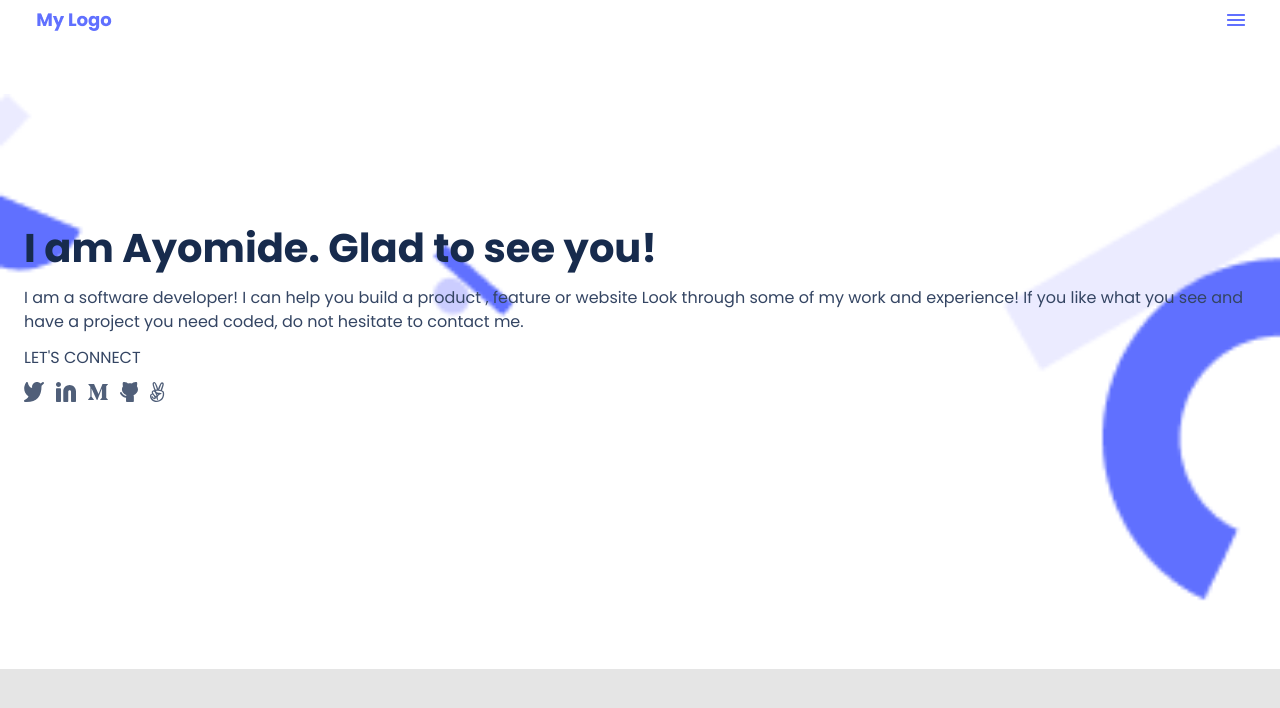
Repository: Paulinelali/potfoilo.github.io
Page: public/index.html
An editor plug-in stored every save of this project. The page is shown before and after a run of saves, followed by the edit.
The browser window is 1280 px wide. The pictures show the whole page.

Above is the page before, as saved 2023-03-31 00:32:15.

After the next 4 saves:
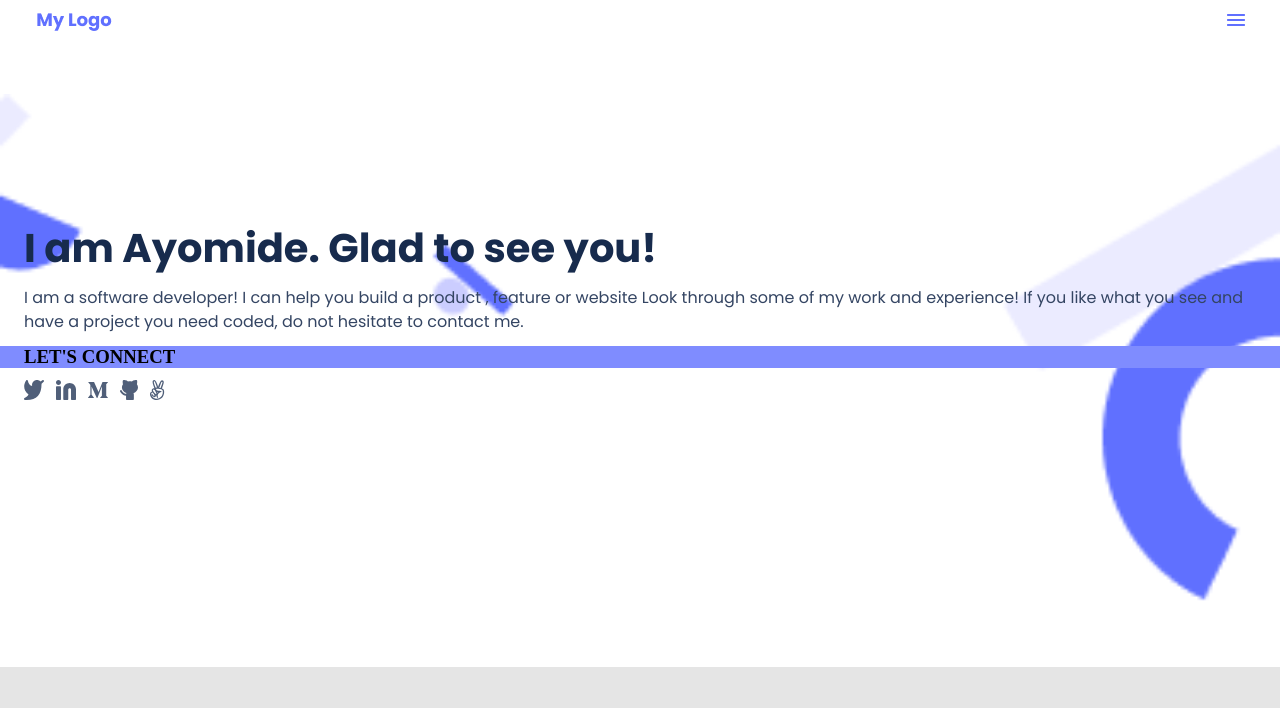
The 4 saves are shown as one change because they came seconds apart.
The last was saved 11 s later.
--- a/styles/style.css
+++ b/styles/style.css
@@ -54,12 +54,8 @@ body{
   color: #344563;
 }
 .introc-content h3{
-  font-family: 'Poppins';
-  font-style: normal;
-  font-weight: 400;
-  font-size: 16px;
-  line-height: 24px;
-  color: #344563;
+  background: rgba(127, 140, 255, 1);
+
 }
 
 .social-icons{
